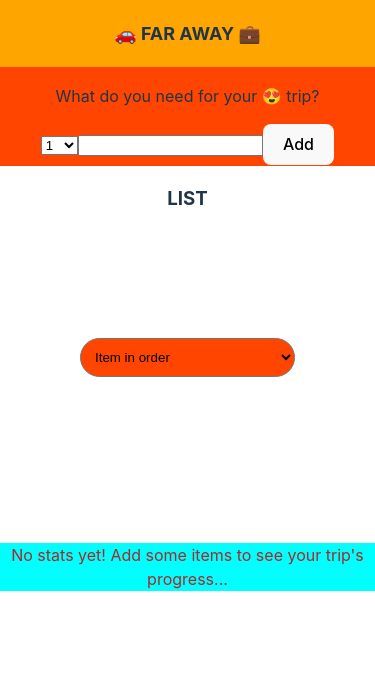
Repository: Celebration-cloud/Trip-Add-To-List
Page: /
These files come from the project's save history. The page is drawn as it stood at one moment and after a run of saves; the edit follows.
The browser window is 375 px wide. The pictures show the whole page.
The project was rebuilt for these pictures with package versions that can differ from the ones it lists, and the page was loaded fresh each time. Also part of the build but not shown: vite.config.js.

Above is the page before, as saved 2023-10-29 17:16:35.

After the next 3 saves:
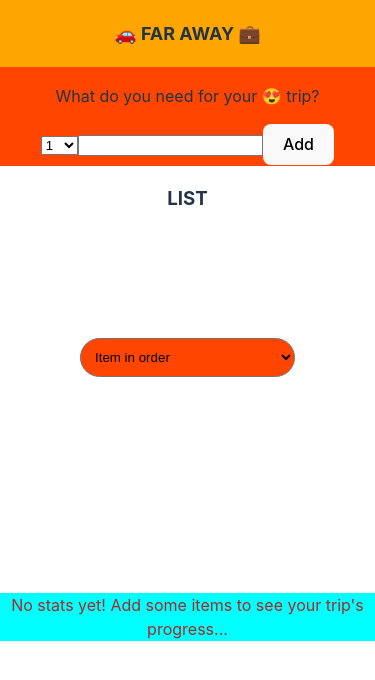
The 3 saves are shown as one change because they came seconds apart.
The last was saved 32 s later.
--- a/src/Trip-List/TripList.css
+++ b/src/Trip-List/TripList.css
@@ -19,7 +19,7 @@
     position: relative;
     background-color: aqua;
     color: brown;
-    top: 150px;
+    top: 200px;
     margin-bottom: auto;
     width: 100%;
 }
